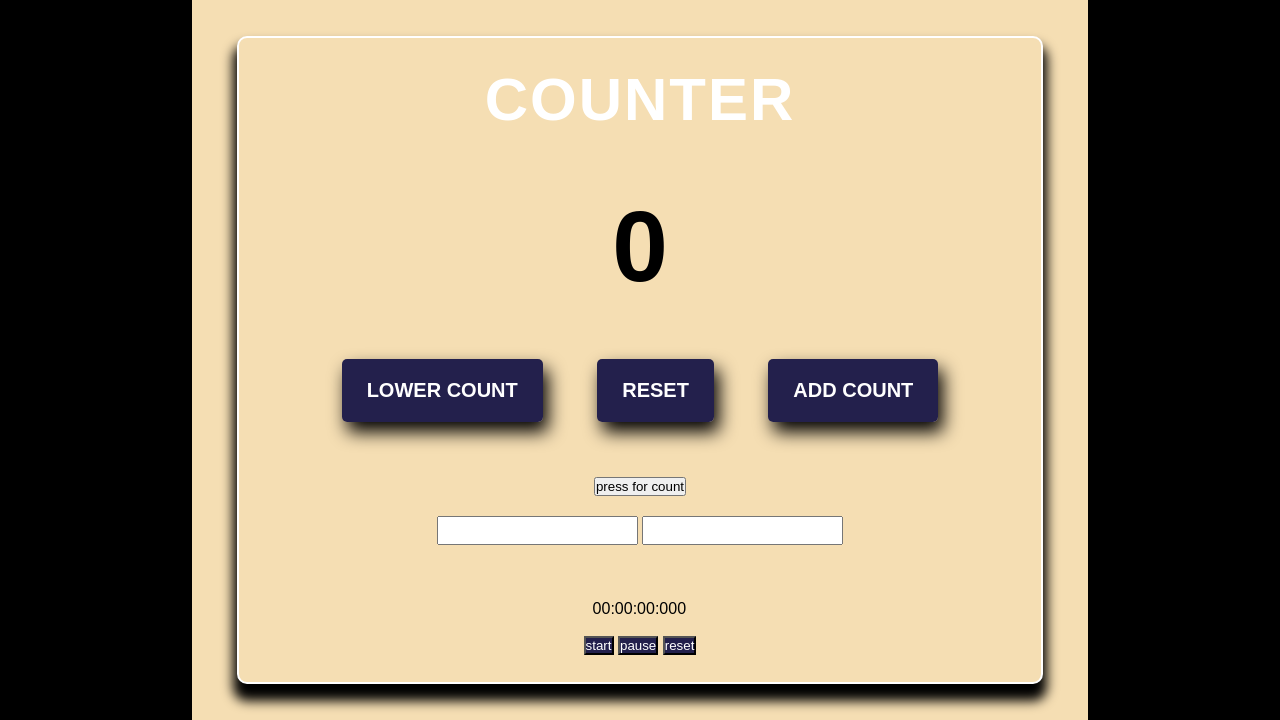
Repository: Seryozha02/Calculator
Page: calculator.html
The author's editor kept a copy of each file at every save. The page is drawn from the files as they stood at one save, then again after the next save.
The browser window is 1280 px wide. The pictures show the whole page.

Above is the page before, as saved 2022-02-15 13:21:44.

After the next save:
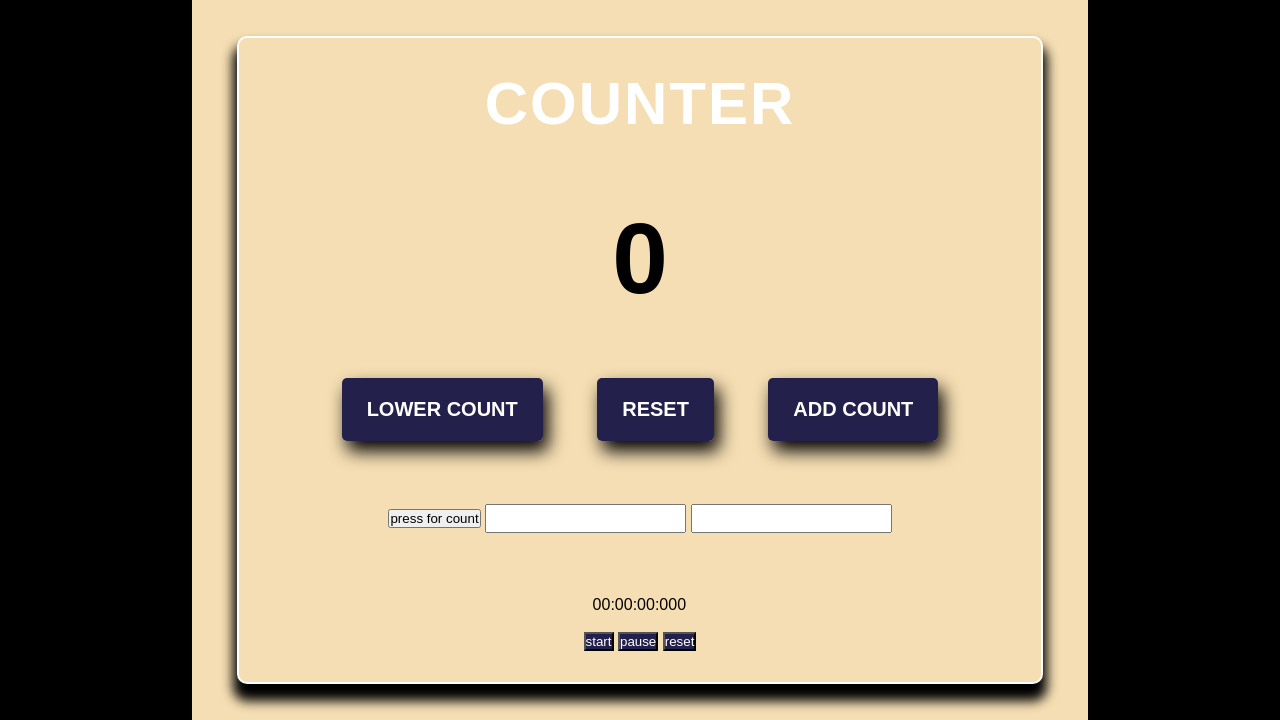
Console error: TypeError: Cannot read properties of null (reading 'addEventListener')
Saved 53 s later.
--- a/calculator.html
+++ b/calculator.html
@@ -23,7 +23,7 @@
                     <button class="rightButton">ADD COUNT</button>
                 </div>
                 <div class="addABParent">
-                    <button class="addAB">press for count </button>
+                    <button class="buttonForCounting">press for count </button>
                     <input type="number" id="inputNum1"><span class="plyus"></span>
                     <input type="number" id="inputNum2"><span class="equals"></span>
                     <span id="valueOfSum"></span>

After the 3 saves that followed:
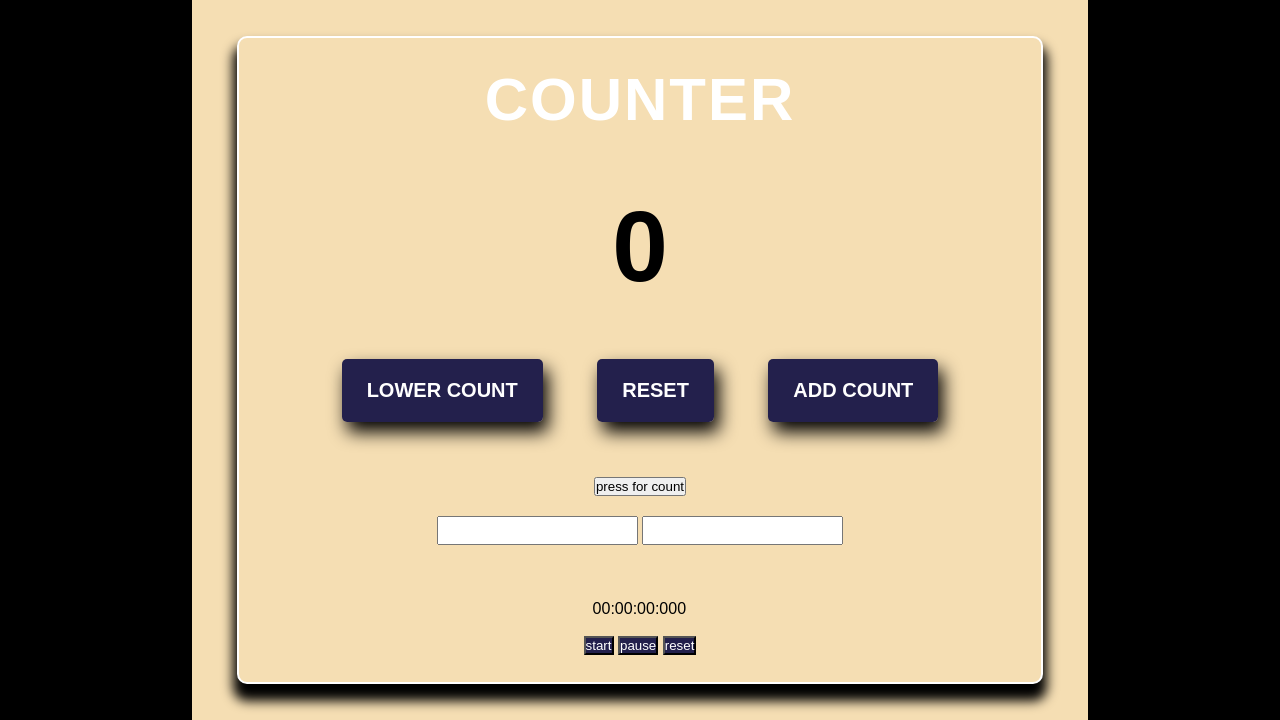
The 3 saves are shown as one change because 2 left the picture as it was.
The last was saved 32 s later.
--- a/calculator.html
+++ b/calculator.html
@@ -22,7 +22,7 @@
                     <button class="centerButton">RESET</button>
                     <button class="rightButton">ADD COUNT</button>
                 </div>
-                <div class="addABParent">
+                <div class="buttonForCountingParent">
                     <button class="buttonForCounting">press for count </button>
                     <input type="number" id="inputNum1"><span class="plyus"></span>
                     <input type="number" id="inputNum2"><span class="equals"></span>
--- a/calculator.css
+++ b/calculator.css
@@ -103,11 +103,11 @@
     margin-left: 50px;
 }
 
-.addABParent {
+.buttonForCountingParent {
     text-align: -webkit-center;
 }
 
-.addAB {
+.buttonForCounting {
     display: flex;
     margin-bottom: 20px;
 }
